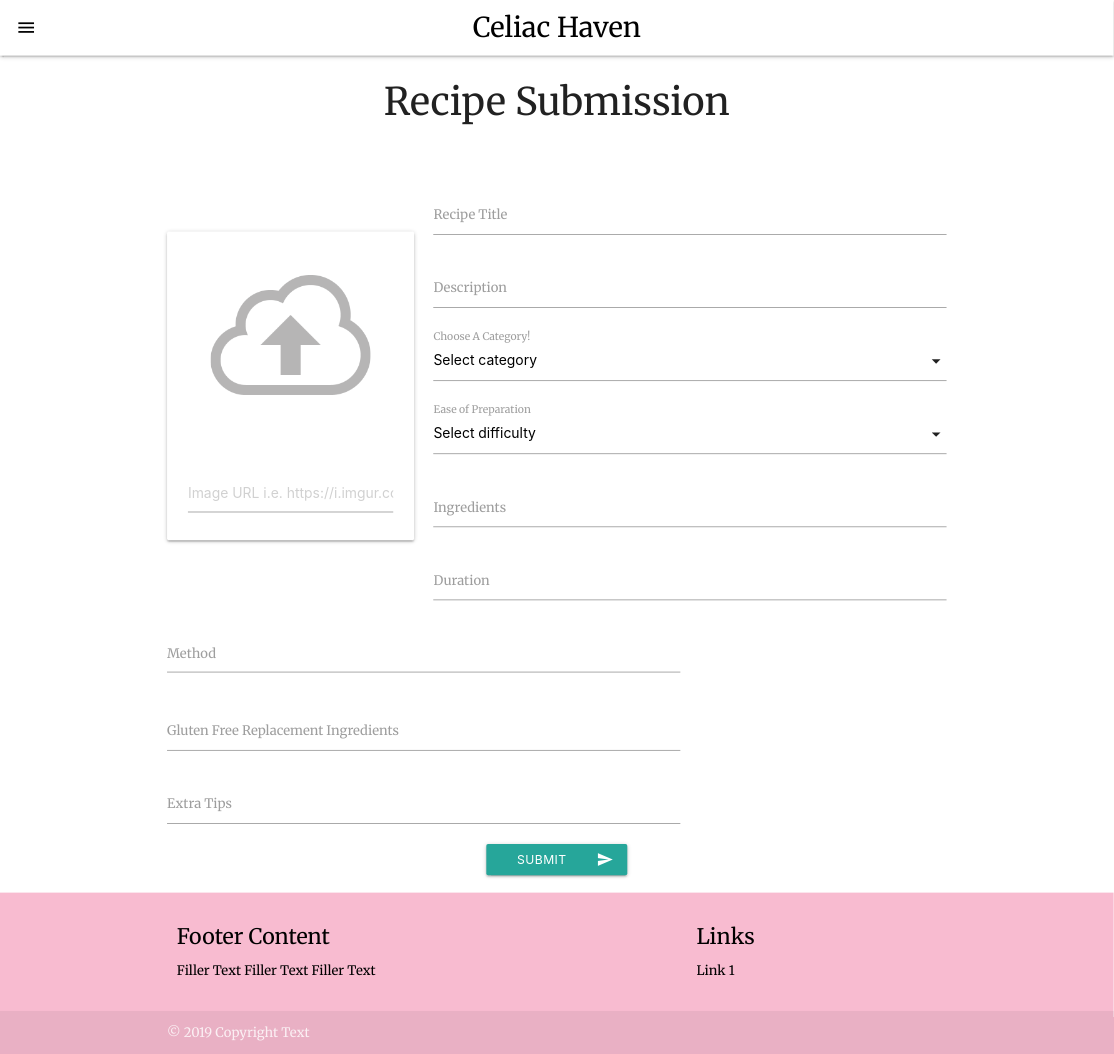
Repository: DanielJMaia/cookbook-project
Page: http://localhost/add_recipe
The author's editor kept a record of every edit. The page is drawn from the files as they stood at one moment, then again after the next edit.
The browser window is 1280 px wide. The pictures show the whole page, at 87% of full size.
Some web fonts or font styles are not loaded; a fallback is used. The page is served by the project's application, run on Flask 3 (app.py). Queries for data that is not in the repository find no rows.

Above is the page before.

### templates/add_recipe.html
{% extends 'base.html' %} {% block content %}

<h3 class="center-align" id="submit_recipe_header">Recipe Submission</h3>
<form action="{{url_for('insert_recipe')}}" method="POST" class="col s12 m8" autocomplete="off">
    <div class="container">
        <div class="row">
            <div class="col s11 m4 submit_image_spacing">
                <div class="card">
                    <div class="card-image">
                        <img src="/static/img/upload.jpg" class="image" id="upload_image">
                    </div>
                    <div class="card-content input-field">
                        <input id="add_image" type="text" class="validate" name="url" placeholder="Image URL i.e. https://i.imgur.com/PuHbs0g.jpg" required>
                    </div>
                </div>
            </div>
            <div class="input-field col s11 m8">
                <input id="recipe_title" type="text" class="validate" name="title" required>
                <label for="recipe_title">Recipe Title</label>
            </div>
            <div class="input-field col s11 m8">
                <input id="recipe_description" type="text" class="validate" name="description" required>
                <label for="recipe_description">Description</label>
            </div>
            <div class="input-field col s11 m8">
                <select name="category" required>
                        <option selected disabled value>Select category</option>
                    {% for cat in second_category %}
                        <option value="{{ cat.category }}" >{{ cat.category }}</option>
                    {% endfor %}
                </select>
                <label>Choose A Category!</label>
            </div>
            <div class="input-field col s11 m8">
                <select name="difficulty" required>
                        <option selected disabled value>Select difficulty</option>
                    {% for diff in difficulty %}
                        <option value="{{ diff.difficulty }}" >{{ diff.difficulty }}</option>
                    {% endfor %}
                </select>
                <label>Ease of Preparation</label>
            </div>
            <div class="input-field col s11 m8">
                <input id="ingredients" type="text" class="validate" name="ingredients" required>
                <label for="ingredients">Ingredients</label>
            </div>
            <div class="input-field col s11 m8">
                <input id="duration" type="text" class="validate" name="prep_duration" required>
                <label for="duration">Duration</label>
            </div>
            <div class="input-field col s11 m8">
                <textarea id="textarea1" class="materialize-textarea" name="method" required></textarea>
                <label for="textarea1">Method</label>
            </div>
            <div class="input-field col s11 m8">
                <input id="gf_ingredient" type="text" class="validate" name="gf_ingredient">
                <label for="gf_ingredient">Gluten Free Replacement Ingredients</label>
            </div>
            <div class="input-field col s11 m8">
                <input id="tips" type="text" class="validate" name="tips">
                <label for="tips">Extra Tips</label>
            </div>
            <div class="col s12 center-align">
                <button class="btn waves-effect waves-light button_form_min_width" type="submit" name="action">Submit
                    <i class="material-icons right">send</i>
                </button>
            </div>
        </div>
    </div>
</form>
{% endblock %}

### templates/base.html
<!DOCTYPE html>
<html lang="en">

<head>
    <meta charset="UTF-8">
    <meta name="viewport" content="width=device-width, initial-scale=1.0">
    <meta http-equiv="X-UA-Compatible" content="ie=edge">
    <title>GF Recipes!</title>

    <link rel="stylesheet" href="https://cdnjs.cloudflare.com/ajax/libs/materialize/1.0.0/css/materialize.min.css">
    <link href="https://fonts.googleapis.com/icon?family=Material+Icons" rel="stylesheet">
    <link href="https://fonts.googleapis.com/css?family=Merriweather|Solway&display=swap" rel="stylesheet">
    <link rel="stylesheet" href="{{url_for('static', filename='css/style.css')}}" type="text/css" />
</head>

<body>
    <header>
        <nav class="white">
            <div class="nav-wrapper">
                <a href="{{url_for('home')}}" class="brand-logo center black-text">Celiac Haven</a>
                <a href="#" data-target="mobile-demo" class="sidenav-trigger show-on-large"><i class="material-icons black-text">menu</i></a>
            </div>
        </nav>



        <ul class="sidenav" id="mobile-demo">
            <li><a href="{{url_for('home')}}">Home</a></li>
            <li><a href="{{url_for('add_recipe')}}">Add A Recipe</a></li>
            {% for cat in categories %}
            <li><a href="{{url_for('get_recipes', recipe_category=cat.category)}}">{{ cat.category }}</a></li>
            {% endfor %}
        </ul>


    </header>
    <main>
        {% block content %} {% endblock %}
    </main>

    <footer class="page-footer pink lighten-4">
        <div class="container">
            <div class="row">
                <div class="col l6 s12">
                    <h5 class="black-text">Footer Content</h5>
                    <p class="black-text text-lighten-4">Filler Text Filler Text Filler Text</p>
                </div>
                <div class="col l4 offset-l2 s12">
                    <h5 class="black-text">Links</h5>
                    <ul>
                        <li><a class="black-text text-lighten-3" href="#!">Link 1</a></li>
                    </ul>
                </div>
            </div>
        </div>
        <div class="footer-copyright">
            <div class="container">
                © 2019 Copyright Text
            </div>
        </div>
    </footer>

    <script src="https://cdnjs.cloudflare.com/ajax/libs/jquery/3.4.1/jquery.js" integrity="sha256-WpOohJOqMqqyKL9FccASB9O0KwACQJpFTUBLTYOVvVU=" crossorigin="anonymous"></script>
    <script src="https://cdnjs.cloudflare.com/ajax/libs/materialize/1.0.0/js/materialize.min.js"></script>
    <script type="text/javascript" src="/static/js/initialization.js"></script>

</body>

</html>

### app.py
import os
from flask import Flask, render_template, redirect, request, url_for
from flask_pymongo import PyMongo
from bson.objectid import ObjectId

app = Flask(__name__)

USER = os.getenv('DB_USER')
PASSWORD = os.environ.get('DB_PASSWORD')

app.config["MONGO_DBNAME"] = 'milestone-project-cookbook'
app.config["MONGO_URI"] = 'mongodb+srv://root:r00tUser@myfirstcluster-bgp7f.mongodb.net/milestone-project-cookbook?retryWrites=true&w=majority'

mongo = PyMongo(app)

@app.route('/')
def home():
    return render_template("index.html",
    categories=mongo.db.categories.find())

@app.route('/get_recipes/<recipe_category>')
def get_recipes(recipe_category):
    return render_template("recipes.html",
    categories=mongo.db.categories.find(),
    recipes=mongo.db.recipes.find({"category": recipe_category}))

@app.route('/add_recipe')
def add_recipe():
    return render_template("add_recipe.html",
    categories=mongo.db.categories.find(),
    difficulty=mongo.db.difficulty.find())

@app.route('/insert_recipe', methods=["POST"])
def insert_recipe():
    recipes = mongo.db.recipes
    recipes.insert_one(request.form.to_dict())
    return redirect(url_for('home'))

@app.route('/edit_recipe/<recipe_id>')
def edit_recipe(recipe_id):
    _recipe = mongo.db.recipes.find_one({"_id": ObjectId(recipe_id)})
    _categories = mongo.db.categories.find()
    _difficulty = mongo.db.difficulty.find()
    category_list = [category for category in _categories]
    return render_template('edit_recipe.html', recipe=_recipe, categories=category_list, difficulty=_difficulty)

@app.route('/update_recipe/<recipe_id>', methods=["POST"])
def update_recipe(recipe_id):
    recipes = mongo.db.recipes
    recipes.update({'_id': ObjectId(recipe_id)},
    {
        'title' : request.form.get('title'),
        'category' : request.form.get('category'),
        'gf_ingredient' : request.form.get('gf_ingredient'),
        'prep_duration' : request.form.get('prep_duration'),
        'difficulty' : request.form.get('difficulty'),
        'method' : request.form.get('method'),
        'ingredients' : request.form.get('ingredients'),
        'description' : request.form.get('description'),
        'tips' : request.form.get('tips')
    })
    return redirect(url_for('home'))

@app.route('/view_recipe/<recipe_id>')
def view_recipe(recipe_id):
    return render_template('view_recipe.html',
    recipes = mongo.db.recipes.find({"_id": ObjectId(recipe_id)}))

# Test Page Route

@app.route('/testing')
def test():
    return render_template("testing.html",
    recipes=mongo.db.recipes.find())

if __name__  == '__main__':
    app.run(host=os.environ.get('IP'),
    port=int(os.environ.get('PORT')),
    debug=True)

### static/css/style.css
body {
  display: flex;
  min-height: 100vh;
  flex-direction: column;
  font-family: 'Solway', 'Merriweather', serif;
}

main {
  flex: 1 0 auto;
}

.brand-logo{
  width: fit-content;
}

#quote {
  background-image: url("/static/img/quote_background.jpg");
  background-size: cover;
  padding-top: 17rem;
  text-align: center;
  height: 55rem;
}

#upload_image {
  padding: 50px;
}

#submit_recipe_header {
  padding-bottom: 50px;
}

.button_form_min_width {
  min-width: 162px;
}

.submit_image_spacing {
  padding-top: 50px!important;
}

.recipe_banner {
  /*background-image: url("https://i.imgur.com/PuHbs0g.jpg"); */
  background-size: cover;
  resize: both;
  min-height: 40rem;
}

.recipe_information_box {
  width: 100%
}
.recipe_image_information_container {
  position: relative;
}

#recipe_image{
  height: auto;
  width: 100%;
  position: relative;
}

.responsive_image{
  object-fit: cover;
  height: 20rem;
}


@media (min-width: 768px) {
  .recipe_information_box {
  position: absolute;
  right: 5%;
  top: 5%;
  width: 40%;
}
}

@media (min-width: 1000px) {
  .recipe_information_box {
  width: 30%;
}
}


@media (min-width: 1200px) {
  .recipe_information_box {
  width: 20%;
}
}

@media (min-width: 2560px) {
  .recipe_information_box {
  width: 40%;
}
}

### static/js/initialization.js
$(document).ready(function() {
    $('.sidenav').sidenav();
    $('.tabs').tabs();
    $('input#input_text, textarea#textarea2').characterCounter();
    $('select').formSelect();
});

After the next edit:
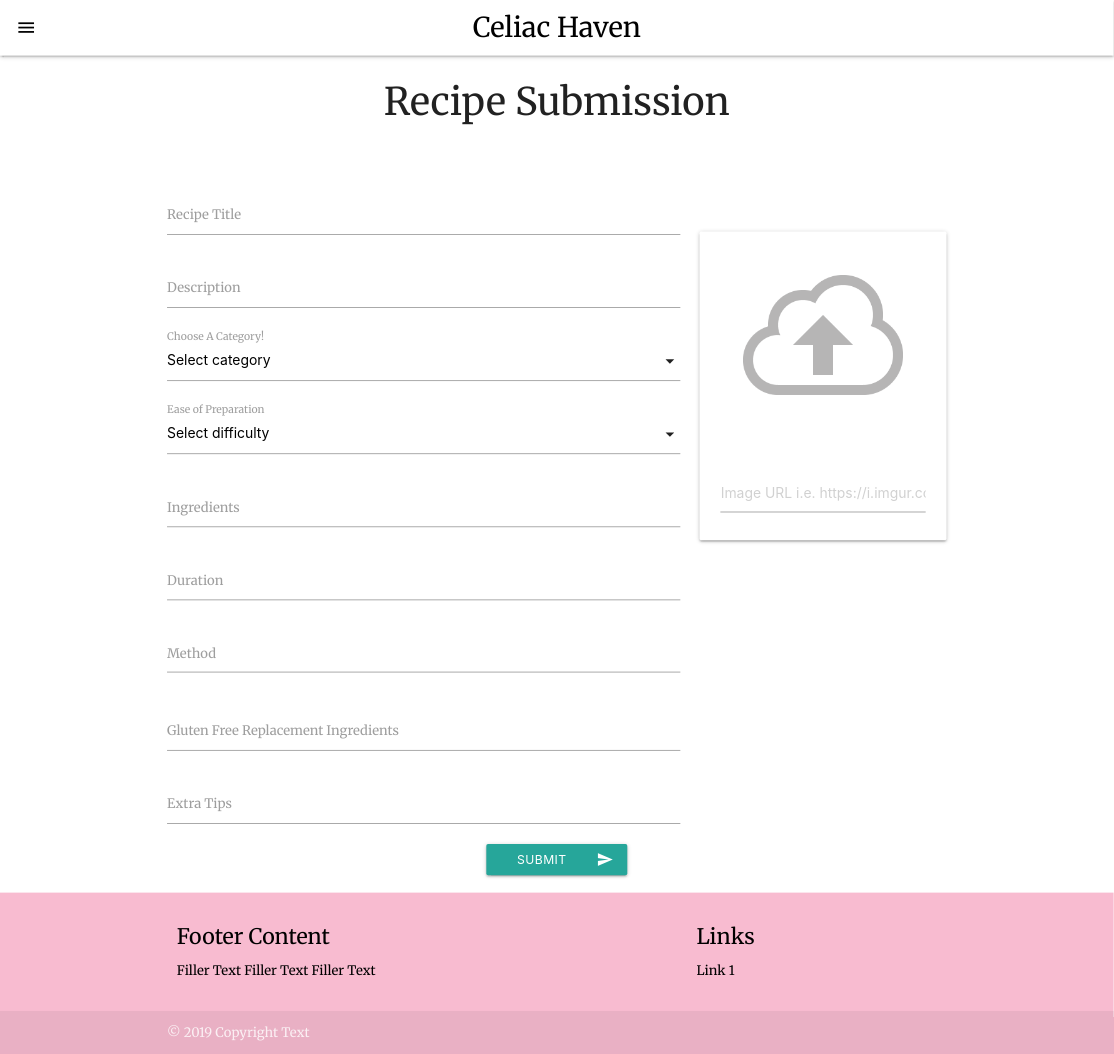
The edit:
--- a/static/css/style.css
+++ b/static/css/style.css
@@ -35,6 +35,7 @@
 
 .submit_image_spacing {
   padding-top: 50px!important;
+  float: right!important;
 }
 
 .recipe_banner {
